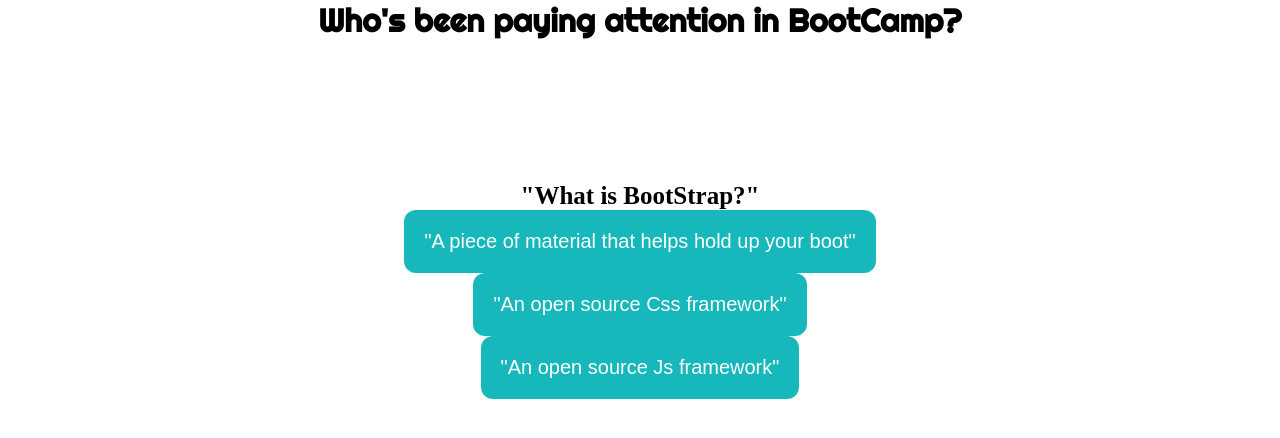
Repository: kkyler24/Quizlet
Page: Quiz.html
These files come from the project's save history. The page is drawn as it stood at one moment and after the next save; the edit follows.
The browser window is 1280 px wide. The pictures show the whole page.
Some web libraries are served in a nearby version.

Above is the page before, as saved 2020-03-16 00:35:46.

After the next save:
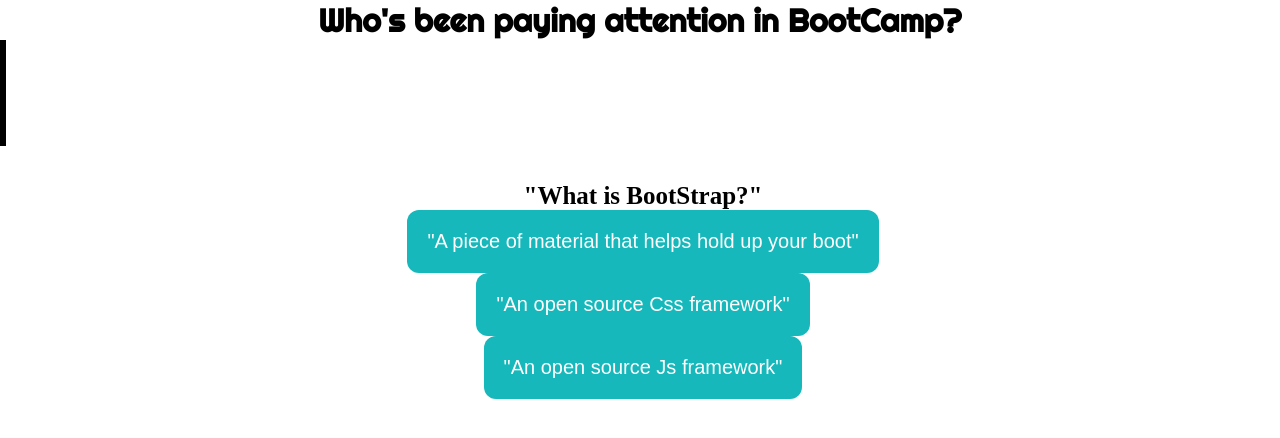
Saved 25 s later.
--- a/DevOpsFiles/Style.css
+++ b/DevOpsFiles/Style.css
@@ -61,8 +61,8 @@
 }
 
 .time{
-  float: left ;
-  border: none;
+  float: left;
+  border: solid;
   height: 100px;
   text-align: center;
 }
